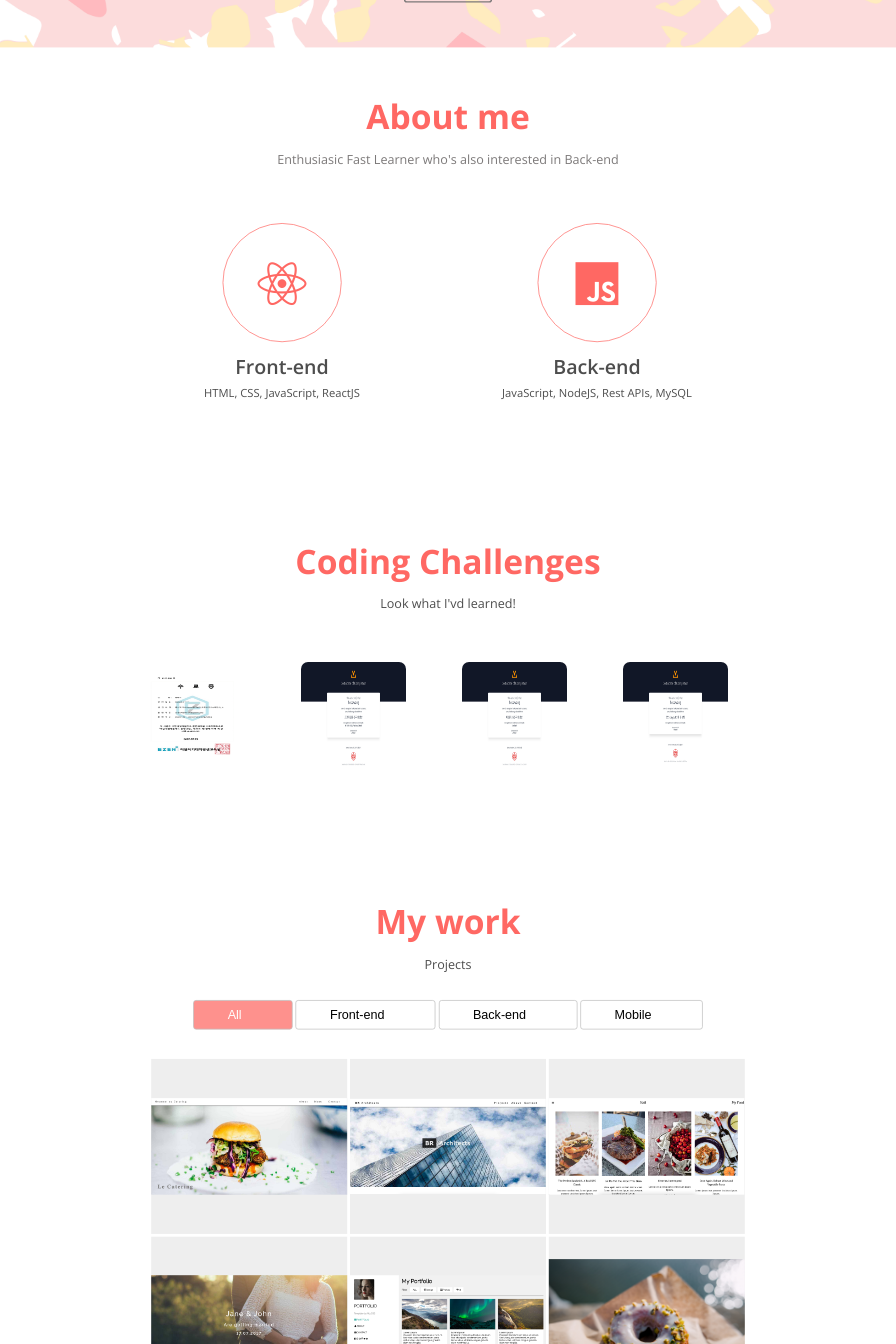
Repository: hesshess/Portfolio
Page: index.html
An editor plug-in stored every save of this project. The page is shown before and after the next save, followed by the edit.
The browser window is 1280 px wide. The pictures show the part of the page from y = 644 to 2564 px (the page is 3375 px tall), at 70% of full size.
Some web libraries are served in a nearby version.

Above is the page before, as saved 2022-10-19 11:55:11.

After the next save:
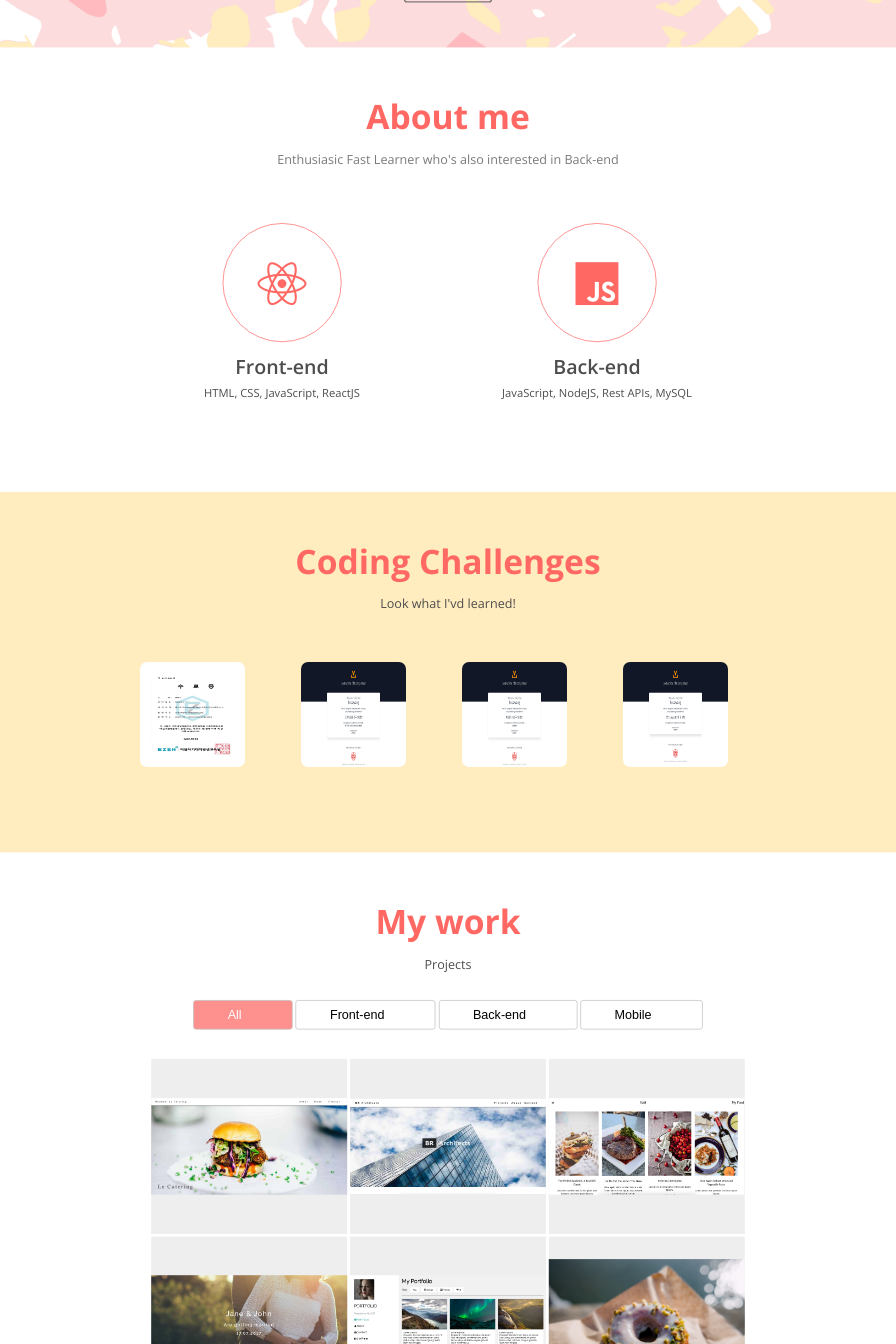
Saved 27 s later.
--- a/style.css
+++ b/style.css
@@ -458,7 +458,7 @@
 
 /* testimonial */
 #testimonials{
-  background-color:rgb(255, 186, 191) #FFECBF;
+  background-color:#FFECBF;
 
 }
 
